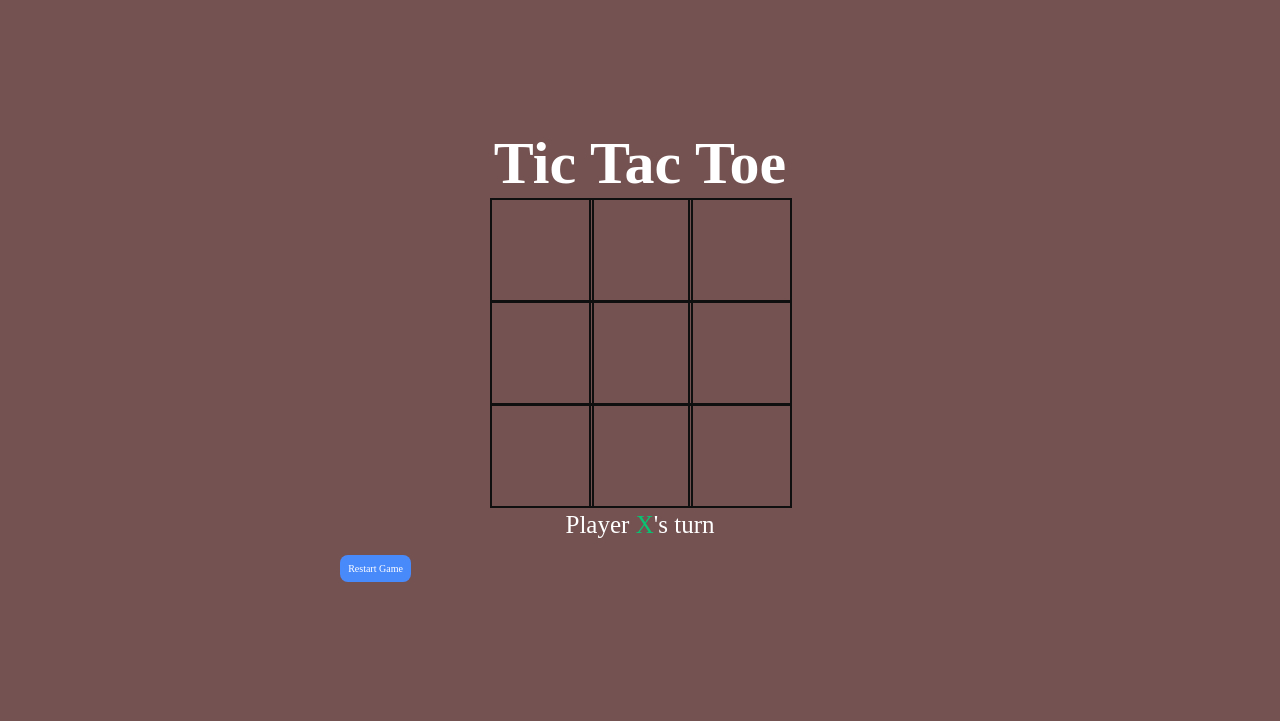
Repository: sedashahnazaryan/tic-tac-too
Page: index.html
An editor plug-in stored every save of this project. The page is shown before and after the next save, followed by the edit.
The browser window is 1280 px wide. The pictures show the whole page.

Above is the page before, as saved 2022-02-01 00:03:30.

### index.html
<!DOCTYPE html>
<html lang="en">
  <head>
    <meta charset="UTF-8" />
    <meta http-equiv="X-UA-Compatible" content="IE=edge" />
    <meta name="viewport" content="width=device-width, initial-scale=1.0" />
    <link rel="stylesheet" href="./index.css" />
    <title>Tic-Tac-Toe</title>
  </head>
  <main class="background">
    <section class="title">
        <h1>Tic Tac Toe</h1>
    </section>

    <section class="container">
        <div class="tile"></div>
        <div class="tile"></div>
        <div class="tile"></div>
        <div class="tile"></div>
        <div class="tile"></div>
        <div class="tile"></div>
        <div class="tile"></div>
        <div class="tile"></div>
        <div class="tile"></div>
    </section>
    <section class="display">
        Player <span class="display-player playerX">X</span>'s turn
    </section>
    <section class="display announcer hide"></section>
    <section class="controls">
        <button id="restart">Restart Game</button>
    </section>
</main>
  <body>
    <script src="index.js"></script>
  </body>
</html>

### index.css
* {
    padding: 0;
    margin: 0;
    font-family: 'Itim', cursive;
}
.background{
    background-color: #755252;
    height: 100vh;
    padding-top: 1px;
}
.title{
    color: white;
    text-align: center;
    font-size: 40px;
    margin-top: 10%;
}
.display
{
    color:white;
    font-size: 25px;
    text-align: center;
    margin-top: 1px;
    margin-bottom: 1pc;
}
.hide{
    display: none;
}
.container {
    margin: 0 auto;
    display: grid;
    grid-template-columns: 33% 33% 33%;
    grid-template-rows: 33% 33% 33%;
    max-width: 300px;
}
.tile {
    border: 2px solid rgb(15, 15, 15);
    min-width: 100px;
    min-height: 100px;
    display: flex;
    justify-content: center;
    align-items: center;
    font-size: 50px;
    cursor: pointer;
}
.playerX {
    color: #09C372;
}

.playerO {
    color: #498AFB;
}
.contrtols{
    display: flex;
    flex-direction: row;
    justify-content:center;
    align-items: center;
    margin-top: 1cm;
}
#restart{
    background-color: #498AFB;
    color: white;
    padding: 8px;
    border-radius: 8px;
    border: none;
    font-size: 10px;
    margin-left: 9cm;
    cursor: pointer;

}

### index.js
let board =[
    ["-","-","-"],
    ["-","-","-"],
    ["-","-","-"]
];
let boardStr =board[0].join(" ")+
"\n"+
board[1].join(" ")+
"\n"+
board[2].join(" ");

After the next save:
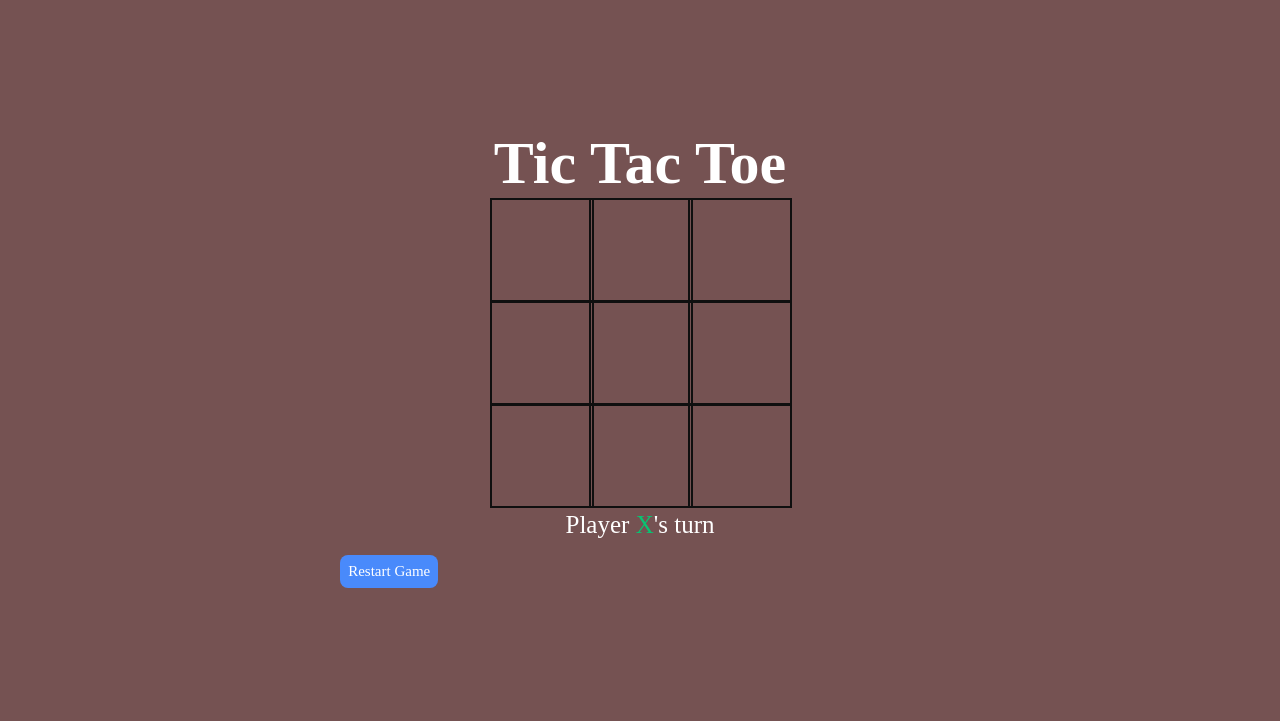
Saved 7 s later.
--- a/index.css
+++ b/index.css
@@ -62,7 +62,7 @@
     padding: 8px;
     border-radius: 8px;
     border: none;
-    font-size: 10px;
+    font-size: 15px;
     margin-left: 9cm;
     cursor: pointer;
 
